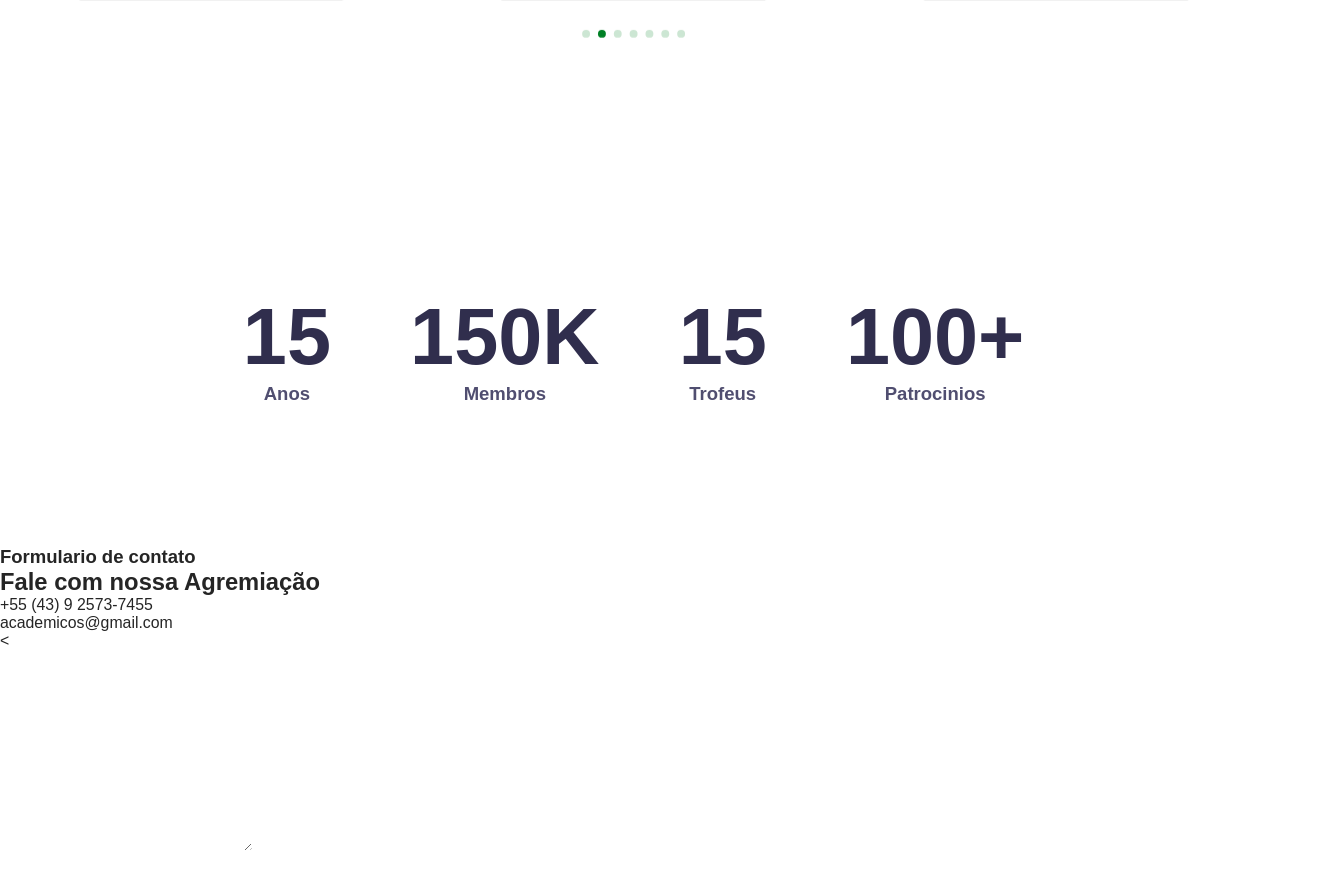
Repository: Lorsuz/gresasco
Page: index.html
An editor plug-in stored every save of this project. The page is shown before and after a run of saves, followed by the edit.
The browser window is 1280 px wide. The page is 1350 px wide, so the pictures cover 1350 px, including what lies to the right of the window. The pictures show the part of the page from y = 2494 to 3376 px (the page is 4507 px tall before and 4525 px after), at 99% of full size.
Pictures or frames that could not be fetched are drawn as grey boxes. Some web fonts or font styles are not loaded; a fallback is used. The style sheet was rebuilt from its Sass, Less or Tailwind sources for each picture, by a compiler version that may differ from the author's.

Above is the page before, as saved 2023-11-06 03:11:02.

### index.html
<!DOCTYPE html>
<html lang="en">
	<head>
		<meta charset="UTF-8">
		<meta name="viewport" content="width=device-width, initial-scale=1.0">
		<link rel="shortcut icon" href="/components/assets/images/logo - gresasc.jpg" type="image/x-icon">
		<title>Home</title>
		<link rel="stylesheet" href="/components/css/partials/header.css">
		<link rel="stylesheet" href="/components/css/index.css">
		<link rel="stylesheet" href="/components/css/partials/footer.css">
		<link rel="stylesheet" href="https://cdnjs.cloudflare.com/ajax/libs/font-awesome/6.4.2/css/all.min.css" integrity="sha512-z3gLpd7yknf1YoNbCzqRKc4qyor8gaKU1qmn+CShxbuBusANI9QpRohGBreCFkKxLhei6S9CQXFEbbKuqLg0DA==" crossorigin="anonymous" referrerpolicy="no-referrer" />
		<link rel="stylesheet" href="https://cdn.jsdelivr.net/npm/swiper@11/swiper-bundle.min.css" />
		<link rel="stylesheet" href="https://cdn.jsdelivr.net/npm/bootstrap-icons@1.11.1/font/bootstrap-icons.css">
	</head>
	<body>
		<header class="wrapper">
			<article class="nav-bar wrapper__container">
				<section class="logo">
					<img src="/components/assets/images/logo - gresasc.jpg" alt="">
				</section>
				<nav>
					<ul>
						<li><a href="#">Página Inicial</a></li>
						<li><a href="#">A Escola</a></li>
						<li><a href="#">Nossa Historia</a></li>
						<li><a href="#">Socio Torcedor</a></li>
						<li><a href="#">Créditos</a></li>
					</ul>
				</nav>
			</article>
		</header>
		<main class="">
			<section class="cover wrapper">
				<div class="wrapper__container">
					<div class="left">
						<div class="container">
							<h2>Grêmio Recreativo Escola de Samba</h2>
							<h1>Acadêmicos de Santa Cruz</h1>
							<p>Bem-vindos! Aqui o samba é vida, a cultura é paixão e a alegria é eterna. No coração de Santa Cruz,
								encontre a felicidade em cada batida de tambor. Feliz da vida é quem tem a Santa Cruz no coração.</p>
							<a href="/components/pages/not-found.html">Ir para Loja</a>
						</div>
					</div>
					<div class="right">
						<div class="img">
							<img src="/components/assets/images/logo - gresasc.jpg" alt="">
						</div>
						<ul class="social-links">
							<li>
								<a href="">
									<i class="fa-brands fa-instagram"></i>
								</a>
							</li>
							<li>
								<a href="">
									<i class="fa-brands fa-facebook"></i>
								</a>
							</li>
							<li>
								<a href="">
									<i class="fa-brands fa-youtube"></i>
								</a>
							</li>
							<li>
								<a href="">
									<i class="fa-brands fa-x-twitter"></i>
								</a>
							</li>
						</ul>
					</div>
				</div>
			</section>
			<article class="nav-info">
				<section class="contact">
					<div>
						<i class="fa-solid fa-phone"></i>
						<span>+55 (43) 9 3421-7348</span>
					</div>
					<div>
						<i class="fa-solid fa-envelope"></i>
						<span>gresasc@academicos.com</span>
					</div>
				</section>
				<p>Siga-nos e consiga a chance de ganhar 80% de desconto</p>
				<section class="social-network">
					<span>Redes Sociais:</span>
					<div>
						<a href=""><i class="fa-brands fa-twitter"></i></a>
						<a href=""><i class="fa-brands fa-instagram"></i></a>
						<a href=""><i class="fa-brands fa-youtube"></i></a>
						<a href=""><i class="fa-brands fa-facebook"></i></a>
					</div>
				</section>
			</article>
			<section class="banner">
				<div class="slides">
				</div>
				<div class="prev"></div>
				<div class="next"></div>
				<div class="pagination"></div>
				<div class="img"><img src="https://placehold.co/1350x700" alt=""></div>
			</section>
			<section class="plot wrapper">
				<div class="description">
					<h2>Enredo 2024</h2>
					<h1>As bruxas estão soltas!</h1>
					<p>O enredo "As Bruxas Estão Soltas!" celebra o poder feminino, explorando a manifestação das energias
						ancestrais através da Deusa Terra e dos quatro elementos da criação.
					</p>
					<p> A narrativa aborda a conexão entre passado e presente, destacando as mulheres que, ao longo da
						história,
						detinham conhecimentos medicinais e
						espirituais, mas foram perseguidas sob a acusação de bruxaria.
					</p>
					<p>O enredo também aborda a resistência dessas
						mulheres e sua contínua luta contra o machismo e a intolerância, honrando a força do sagrado feminino e
						a
						capacidade de voar além dos limites impostos, como estrelas brilhantes no céu.</p>
					<span>Iae, gostou? Para ter acesso a nossa sinopse completa basta baixar o PDF a baixo:</span>
					<button class="custom-button">Baixar Sinopse</button>
				</div>
				<div class="disc-cover">
					<img src="/components/assets/images/Plot/plot-2024.jpeg" alt="Logo Enredo-2024">
					<div class="icons">
						<button id="play-song">
							<i class="bi bi-play"></i>
						</button>
						<button id="pause-song">
							<i class="bi bi-pause"></i>
						</button>
					</div>
				</div>
			</section>
			<section class="sponsors">
				<h1>Patrocinadores e Apoiadores</h1>
				<div class="swiper">
					<div class="swiper-wrapper"></div>
					<div class="swiper-pagination"></div>
				</div>
			</section>
			<section class="details">
				<ul>
					<li>
						<h2>15</h2>
						<h3>Anos</h3>
					</li>
					<li>
						<h2>150K</h2>
						<h3>Membros</h3>
					</li>
					<li>
						<h2>15</h2>
						<h3>Trofeus</h3>
					</li>
					<li>
						<h2>100+</h2>
						<h3>Patrocinios</h3>
					</li>
				</ul>
			</section>
			<section class="contact">
				<div class="text">
					<h3>Formulario de contato</h3>
					<h2>Fale com nossa Agremiação</h2>
					<p></p>
					<ul class="info">
						<li><i class=""></i><span></span> +55 (43) 9 2573-7455</li>
						<li><i class=""></i><span></span> academicos@gmail.com</li>
						<li><i class=""></i><address></address></li>
					</ul>
					<div class="terms"></div>
				</div>
				<div class="form">
					< <form action="">
						<div>
							<label for=""></label>
							<input type="text" name="" id="" placeholder="">
						</div>
						<div>
							<label for=""></label>
							<input type="text" name="" id="" placeholder="">
						</div>
						<div>
							<label for=""></label>
							<input type="text" name="" id="" placeholder="">
						</div>
						<div>
							<label for=""></label>
							<textarea name="" id="" cols="30" rows="10"></textarea>
						</div>
						<button type="submit"></button>
						</form>
				</div>
			</section>
			<section class="map">
				<iframe src="https://www.google.com/maps/embed?pb=!1m18!1m12!1m3!1d3674.902216920123!2d-43.69324992558163!3d-22.916977238233624!2m3!1f0!2f0!3f0!3m2!1i1024!2i768!4f13.1!3m3!1m2!1s0x9bf7524c69eb5b%3A0xc5d324fb7fbbd336!2sR.%20do%20Imp%C3%A9rio%2C%20573%20-%20Santa%20Cruz%2C%20Rio%20de%20Janeiro%20-%20RJ%2C%2023555-024!5e0!3m2!1spt-BR!2sbr!4v1698871972883!5m2!1spt-BR!2sbr" width="600" height="450" style="border:0;" allowfullscreen="" loading="lazy" referrerpolicy="no-referrer-when-downgrade"></iframe>
			</section>
		</main>
		<footer>
			<h1>Grêmio Recreativo Escola de Samba Acadêmicos de Santa Cruz</h1>
			<p>Obrigado por nos visitar, esperamos ter lhe proporcionado uma experiencia incrivel</p>
			<section class="container wrapper">
				<article class="structure">
					<h2>O Site</h2>
					<ul>
						<li><a href="#">Página Inicial</a>
							<ul>
								<li><a href="">Capa</a></li>
								<li><a href="">Notícias</a></li>
								<li><a href="">Enredo</a></li>
								<li><a href="">Status</a></li>
								<li><a href="">Apoiadores</a></li>
								<li><a href="">Localização</a></li>
								<li><a href="">Contato</a></li>
							</ul>
						</li>
						<li><a href="#">A Escola</a>
							<ul>
								<li><a href="">Diretoria</a></li>
								<li><a href="">O Parvilhão</a></li>
								<li><a href="">A Torcida</a></li>
								<li><a href="">Desfile Conosco</a></li>
							</ul>
						</li>
						<li><a href="#">Nossa Historia</a>
							<ul>
								<li><a href="">A Fundação</a></li>
								<li><a href="">Colocações</a></li>
								<li><a href="">Presidentes</a></li>
								<li><a href="">Premiações</a></li>
							</ul>
						</li>
						<li><a href="#">Créditos</a>
							<ul>
								<li><a href="">Fotografias</a></li>
								<li><a href="">Dados de Desfiles</a></li>
								<li><a href="">Dev Team</a></li>
								<li><a href="">Termos de Uso</a></li>
								<li><a href="">Política de Privacidade</a></li>
							</ul>
						</li>
				</article>
				<article class="dev">
					<h2>Desenvolvido e realizado por:</h2>
					<div class="img"><img src="/components/assets/images/Logo/webpulse sem bg.png" alt="Logo do Desenvolvedor"></div>
					<h2>Cordenação:</h2>
					<img src="https://placehold.co/250x150" alt="Logo da Cordenação">
				</article>
				<article class="address">
					<img src="/components/assets/images/Logo/santa-cruz-logo-removebg-preview.png" alt="Logo da escola">
					<h2>QUADRA ACADÊMICOS</h2>
					<address>Rua do Império, nº 573; Santa Cruz, Rio de Janeiro - RJ; CEP 44.353-353</address>
				</article>
			</section>
		</footer>
		<script type="module" src="/components/js/index.js" deffer></script>
		<script src="https://cdn.jsdelivr.net/npm/swiper@11/swiper-bundle.min.js" deffer></script>
	</body>
</html>

### components/js/index.js
import './APIs/Sponsors.js';

### components/js/APIs/Sponsors.js
import sponsors from '../functions/Swiper.js';

const container = document.querySelector( '.sponsors .swiper-wrapper' );

fetch( "components/json/data.json" ).then( ( response ) => {
	response.json().then( ( data ) => {
		data.sponsors.map( ( obj ) => {
			container.innerHTML +=
				`
				<div class="swiper-slide">
				<img
					src="${ obj.image }"
					alt="${ obj.alt }">
				</div>
				`;
		} );
		sponsors();
	} );
} );

### components/js/functions/Swiper.js
import SwiperConfigSponsors from "../classes/SwiperConfigSponsors.js";

function sponsors() {
	return new Swiper('.sponsors .swiper', SwiperConfigSponsors);
}

export default sponsors

### components/js/classes/SwiperConfigSponsors.js
const SwiperConfigSponsors = {
	direction: 'horizontal',
	loop: true,
	slidesPerView: 1,
	grabCursor: true,
	autoplay: {
		delay: 2500,
		disableOnInteraction: false,
	},
	pagination: {
		el: '.swiper-pagination',
		clickable: true,
	},
	navigation: {
		nextEl: '.swiper-button-next',
		prevEl: '.swiper-button-prev',
	},
	scrollbar: {
		el: '.swiper-scrollbar',
	},
	mousewheel: {
		forceToAxis: true,
	},
	breakpoints: {
		740: {
			slidesPerView: 2,
		},
		1024: {
			slidesPerView: 3,
		},
	},
};

export default SwiperConfigSponsors;

### components/json/data.json
{
	"sponsors": [
		{
			"image": "https://upload.wikimedia.org/wikipedia/commons/thumb/c/ce/Coca-Cola_logo.svg/2560px-Coca-Cola_logo.svg.png",
			"alt": ""
		},
		{
			"image": "https://upload.wikimedia.org/wikipedia/commons/thumb/e/e9/Pepsi_logo_2008.svg/2560px-Pepsi_logo_2008.svg.png",
			"alt": ""
		},
		{
			"image": "https://1000logos.net/wp-content/uploads/2017/03/McDonalds-Logo-1953.png",
			"alt": ""
		},
		{
			"image": "https://responseservices.net/public/uploads/employer/JOBPORTAL-1639545744.png",
			"alt": ""
		},
		{
			"image": "https://seeklogo.com/images/C/Corinthians_Bras_and__227_o-logo-E92E44B595-seeklogo.com.png",
			"alt": ""
		},
		{
			"image": "https://upload.wikimedia.org/wikipedia/commons/thumb/6/6f/Brasao_do_Sao_Paulo_Futebol_Clube.svg/2054px-Brasao_do_Sao_Paulo_Futebol_Clube.svg.png",
			"alt": ""
		},
		{
			"image": "/components/assets/images/Sponsors/La-Dame-Femme.png",
			"alt": ""
		}
	]
}

### components/sass/partials/header.scss
@import url("./global.css");

header {
	* {
		color: rgb(218, 218, 218);
	}

	.nav-bar {
		display: flex;
		justify-content: space-between;
		align-items: center;

		section {
			height: 70px;

			&.logo {
				display: flex;
				align-items: center;
				justify-content: center;

				img {
					width: 60px;
					margin-right: 15px;
				}

				span {
					font-size: 2rem;
					color: var(--color-text-soft);
					font-weight: bold;
				}
			}

		}

		nav {
			display: flex;

			ul {
				display: flex;

				li {
					margin: 0 20px;

					a {
						color: var(--color-text-soft);
						font-weight: bold;
						position: relative;

						&::after {
							content: "";
							width: 0%;
							position: absolute;
							height: 3px;
							background: var(--color-primary-soft);
							top: 100%;
							left: 0;
							transition: 300ms ease-in-out;
							transform-origin: right;
						}

						&:hover::after {
							width: 100%;
						}
					}
				}
			}

		}
	}
}

### components/sass/index.scss
@import url("./partials/global.css");

main {

	.cover {
		height: 85vh;

		> div {
			align-items: center;
			display: flex;
			justify-content: space-between;

			> div {

				&.left {
					width: 50%;

					.container {
						h2 {
							color: var(--color-primary-soft);
							font-family: wedding;
							font-size: 2.5rem;
						}

						h1 {
							color: var(--color-primary-soft);
							font-family: wedding;
							font-size: 3.9rem;
							margin-bottom: 20px;
						}

						p {
							color: var(--color-text-soft);
							font-size: 1.1rem;
							margin-bottom: 50px;
						}

						a {
							background: var(--color-primary-soft);
							border-radius: 10px 0;
							color: var(--color-white);
							display: inline-block;
							font-weight: bold;
							padding: 10px 50px;

							&:hover {
								background: var(--color-primary);
								border-radius: 0px 10px;
							}
						}
					}
				}

				&.right {
					width: 40%;

					.img {
						align-items: center;
						display: flex;
						justify-content: center;
						margin-bottom: 0px;

						img {
							width: 450px;
						}
					}

					.social-links {
						display: flex;
						justify-content: center;

						li {
							margin: 0 10px;
							position: relative;
							top: 0;

							a {
								i {
									font-size: 2.4rem;
									color: var(--color-text-soft);

								}
							}

							&:hover {
								top: -5px;

								a {
									i {
										color: var(--color-primary-soft);

									}


								}
							}

						}
					}
				}
			}
		}
	}

	.nav-info {
		background: var(--color-primary);
		display: flex;
		justify-content: space-between;
		align-items: center;
		height: 40px;
		padding: 0 2%;
		grid-column: 1 / 13;

		* {

			color: #fff;
		}


		> p {
			cursor: pointer;
			font-size: 0.8rem;


			&:hover {
				color: white;
			}
		}

		section {
			display: flex;

			&.contact {
				div {
					display: flex;
					align-items: center;
					margin-right: 30px;
					cursor: pointer;

					i {
						margin-right: 5px;
					}

					span {
						font-size: 0.8rem;
					}

					&:hover {

						i,
						span {
							color: white;

						}
					}
				}
			}

			&.social-network {
				display: flex;
				align-items: center;
				justify-content: center;

				span {
					margin-right: 15px;
					font-size: 0.8rem;

				}

				a {
					margin: 0 3px;

					i {
						font-size: 1.2rem;
					}

					&:hover {
						i {
							color: white;
							cursor: pointer;

						}
					}
				}
			}
		}
	}

	.plot {
		align-items: center;
		min-height: 100vh ;


		.description {
			grid-column: 2/7;

			h2 {
				font-size: 2rem;
				color: var(--color-primary);
			}

			h1 {
				margin-bottom: 20px;
				font-size: 2.5rem;
				color: var(--color-text);
			}

			p {
				color: var(--color-text-soft);
				text-align: justify;
				margin-bottom: 10px;
			}

			span {
				margin-top: 30px;
				margin-bottom: 20px;
				display: block;
				color: var(--color-text);
			}

			button {
				display: block;
			}
		}

		.disc-cover {
			grid-column: 8/13;
			display: flex;
			justify-content: center;
			align-items: center;
			position: relative;
			width: 500px;
			box-shadow: -10px -10px 10px 0 #fff, 10px 10px 10px 0 rgba(0, 0, 0, 0.600);
			height: 400px;
			overflow: hidden;
			border-radius: 6px;


			img {
				display: flex;
				justify-content: center;
				align-items: center;
				width: 100%;
				height: 100%;
				object-fit: cover;
			}

			.icons {
				align-items: center;
				background: rgba(0, 0, 0, 0.6);
				border-radius: 6px;
				display: flex;
				height: 100%;
				justify-content: center;
				left: 0;
				opacity: 0;
				position: absolute;
				top: 0;
				transition: 300ms;
				width: 100%;


				button {
					align-items: center;
					border-radius: 50%;
					border: 3px solid transparent;
					cursor: pointer;
					display: flex;
					height: 80px;
					justify-content: center;
					transition: 300ms;
					width: 80px;
					background: #000;


					i {
						color: white;
						font-size: 4rem;
					}

					&#play-song {
						padding-left: 8px;
					}

					&#pause-song {
						display: none;
					}

					&:hover {
						border: 3px solid white;
					}
				}
			}


			&:hover .icons {
				opacity: 1;
			}


		}

	}

	.sponsors {
		padding: 50px 0;
		height: 500px;

		h1 {
			font-size: 2rem;
			text-align: center;
			text-transform: uppercase;
			font-family: Poppins, sans-serif;
			color: var(--color-text);

		}

		.swiper {
			.swiper-wrapper {
				height: 300px;

				.swiper-slide {
					display: flex;
					align-items: center;
					justify-content: center;
					overflow: hidden;
					border-radius: 5px;

					img {
						width: 350px;
						height: 200px;
						object-fit: scale-down;
					}
				}
			}

			.swiper-button-prev {}

			.swiper-button-next {}

			.swiper-pagination {
				.swiper-pagination-bullet {
					background: var(--color-primary);
				}
			}

			.scrollbar {}

		}
	}
	.details{
		display: flex;
		justify-content: center;
		align-items: center;
		min-height: 400px;
		ul{
			display: flex;
			li{
				padding: 40px;
				h2{
					font-size: 5rem;
					color: var(--color-text);
					text-align: center;
				}
				h3{
					color: var(--color-text-soft);
					text-align: center;

				}
			}
		}
	}
	.map{
		iframe{
			width: 100%;
			height: 500px;
		}
	}
}

### components/sass/partials/footer.scss
@import url('./global.css');

footer {
	background: #000;
	padding: 70px 20px;

	* {
		color: #fff;
	}

	h1 {
		text-align: center;
		margin-bottom: 20px;
	}
	>p{
		text-align: center;
		margin-bottom: 50px;
		color: var(--color-gray);
	}

	.container {
		grid-template-columns: repeat(3, 1fr);
		gap: 20px;


		article {
			display: flex;
			flex-direction: column;
			align-items: center;

			h2 {
				font-size: 1.3rem;
				margin-bottom: 10px;
			}

			&.structure {
				grid-column: 1fr;

				> ul {
					display: grid;
					grid-template-columns: 1fr 1fr;
					justify-content: center;
					gap: 20px;

					> li {
						display: inline-block;
						grid-column: 1fr;

						> a {
							color: var(--color-primary-soft);
							font-size: 1rem;
							display: block;
							margin-bottom: 10px;
							font-weight: bold;

							&:hover {
								color: var(--color-primary);
								text-decoration: underline;

							}
						}

						> ul {
							> li {
								padding-left: 10px;

								> a {
									color: var(--color-gray);
									font-size: 0.9rem;
									margin-bottom: 5px;
									display: block;

									&:hover {
										color: var(--color-white);
										text-decoration: underline;
									}
								}
							}
						}
					}
				}
			}

			&.dev {
				grid-column: 1fr;

				.img {
					overflow: hidden;
					display: flex;
					align-items: center;
					justify-content: center;
					width: 305px;
					height: 100px;
					position: relative;
					margin-bottom: 25px;



					img {
						width: 500px;
						position: absolute;
						// clip-path: polygon(19% 30%, 81% 30%, 81% 70%, 19% 70%);
					}
				}

			}

			&.address {
				grid-column: 1fr;

				img {
					width: 150px;
					margin-bottom: 30px;
					border-radius: 50%;
					margin-bottom: 25px;
					background: #fff;
					width: 150px;
				}

				address {
					text-align: center;
					width: 80%;
					line-height: 25px;
		color: var(--color-gray);

				}

			}
		}
	}
}

### components/sass/partials/global.scss
@import url("https://fonts.googleapis.com/css2?family=Clicker+Script&display=swap");
@import url('https://fonts.googleapis.com/css2?family=Poppins:ital,wght@0,100;0,200;0,300;0,400;0,500;0,600;0,700;0,800;0,900;1,100;1,200;1,300;1,400;1,500;1,600;1,700;1,800;1,900&display=swap');

@font-face {
	font-family: wedding;
	src: url("/components/assets/fonts/Wedding\ Text\ Std\ Regular.otf");
}

@font-face {
	font-family: Poppins;
	src: url("https://fonts.googleapis.com/css2?family=Poppins:ital,wght@0,100;0,200;0,300;0,400;0,500;0,600;0,700;0,800;0,900;1,100;1,200;1,300;1,400;1,500;1,600;1,700;1,800;1,900&display=swap");
}

// @import "./animations/@keyframes.css";

:root {

	--color-primary: #008025;
	--color-black: #000000;
	--color-white: #ffffff;
	--color-gray: #a0a0a0;
	--color-text: #302e4d;

	--color-primary-soft: #1a9d40;
	--color-black-soft: #252525;
	--color-white-soft: #f2f2fc;
	--color-gray-soft: #e8dfec;
	--color-text-soft: #504e70;
}

button {
	cursor: pointer;

	* {
		cursor: pointer;
	}

	i {
		color: var(--color-primary);
		font-size: 25px;
		transition: transform 500ms ease-in-out;
	}
}

* {
	margin: 0;
	padding: 0;
	outline: none;
	border: none;
	text-decoration: none;
	box-sizing: border-box;
	list-style: none;
	font-family: "Poppins", sans-serif;
	font-family: Arial, Helvetica, sans-serif;
	transition: 300ms ease-in-out;
	// outline: 1px dotted var(--color-black-soft);
	color: var(--color-black-soft);
	background: transparent;
}

body {
	width: 100vw;
	overflow-x: hidden;

	&::-webkit-scrollbar {
		width: 5px;
	}

	&::-webkit-scrollbar-track {
		background: var(--background-middle);
	}

	&::-webkit-scrollbar-thumb {
		background: var(--color-primary);
		border-radius: 10px;
	}
}

main {
	min-height: 100vh;

}

.wrapper {
	display: grid;
	grid-template-columns: repeat(12, 1fr);

	.wrapper__container {
		grid-column: 2 / 12;
	}
}

.custom-button {
	display: inline-block;
	padding: 10px 50px;
	background: var(--color-primary-soft);
	color: var(--color-white);
	font-weight: bold;
	border-radius: 10px 0;
	font-size: 1.1rem;

	&:hover {
		background: var(--color-primary);
		border-radius: 0px 10px;
	}
}

After the next 2 saves:
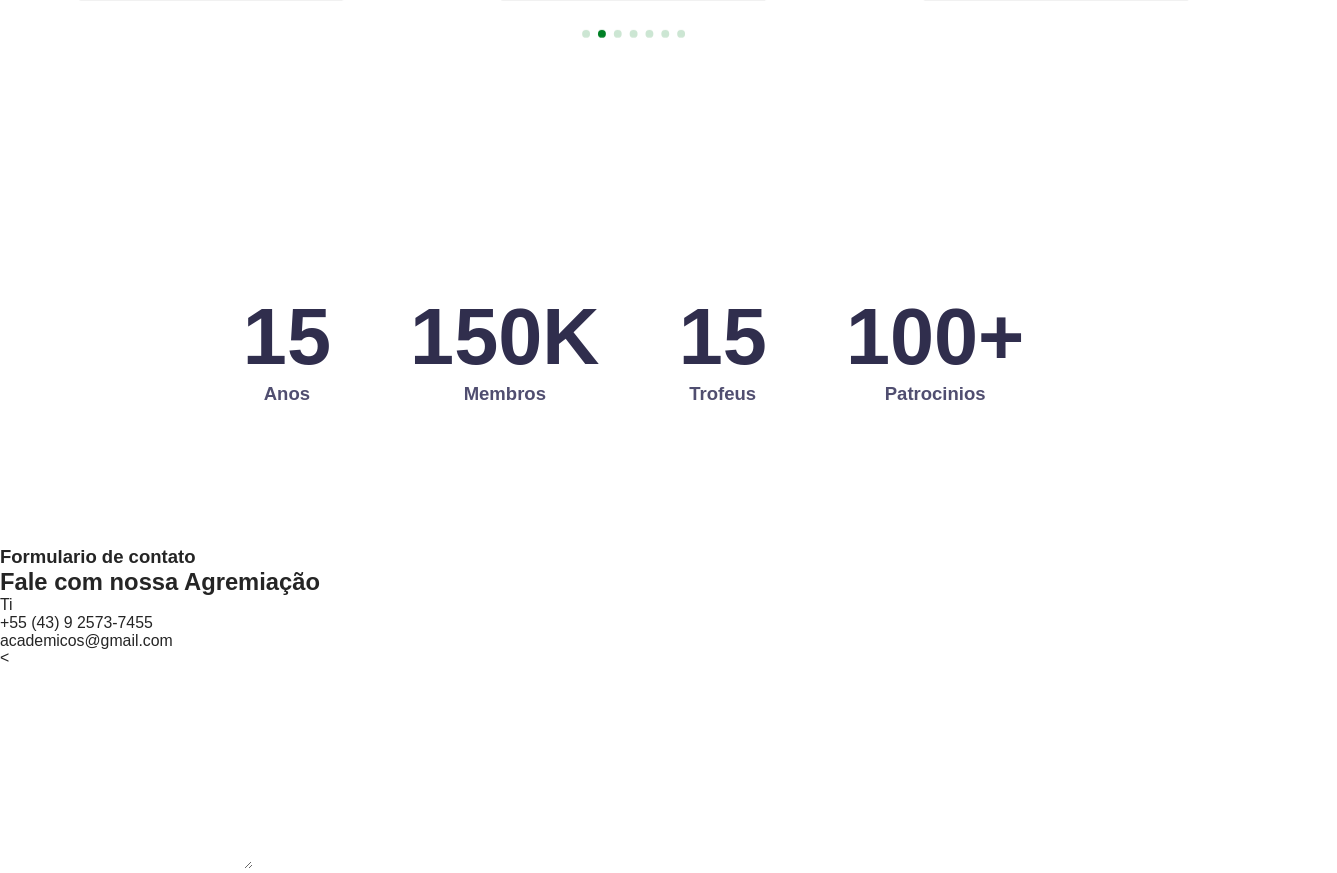
The 2 saves are shown as one change because they came seconds apart.
The last was saved 17 min 15 s later.
--- a/index.html
+++ b/index.html
@@ -162,7 +162,7 @@
 				<div class="text">
 					<h3>Formulario de contato</h3>
 					<h2>Fale com nossa Agremiação</h2>
-					<p></p>
+					<p>Ti</p>
 					<ul class="info">
 						<li><i class=""></i><span></span> +55 (43) 9 2573-7455</li>
 						<li><i class=""></i><span></span> academicos@gmail.com</li>
